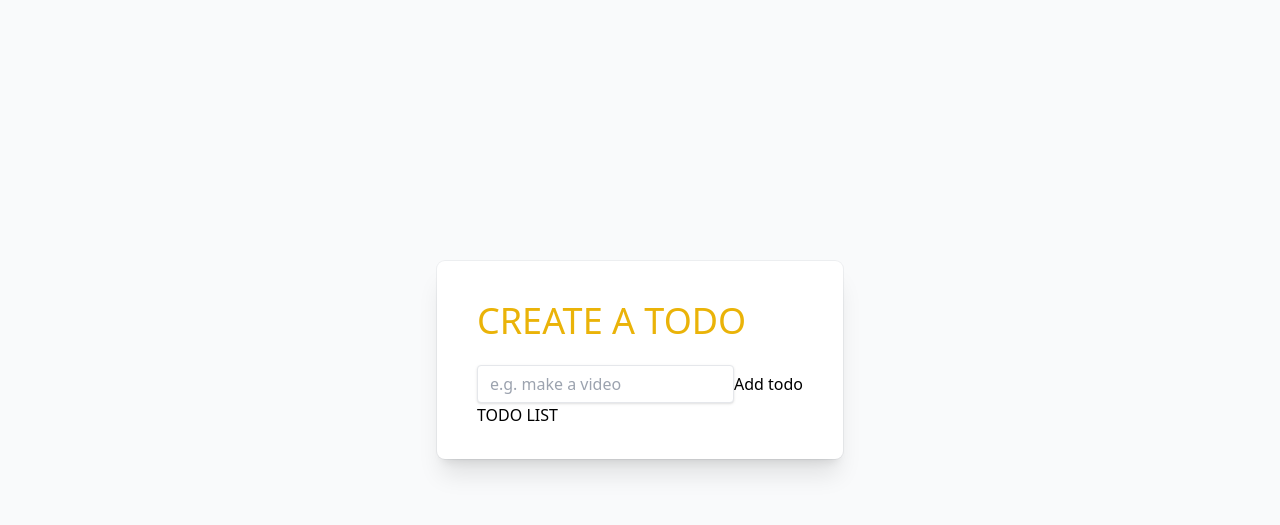
Repository: Kajo-lab/vue-todo
Page: /
An editor plug-in stored every save of this project. The page is shown before and after the next save, followed by the edit.
The browser window is 1280 px wide. The pictures show the whole page.
The project was rebuilt for these pictures with package versions that can differ from the ones it lists, and the page was loaded fresh each time. Also part of the build but not shown: vite.config.js, webpack.config.js.

Above is the page before, as saved 2022-07-07 16:35:45.

After the next save:
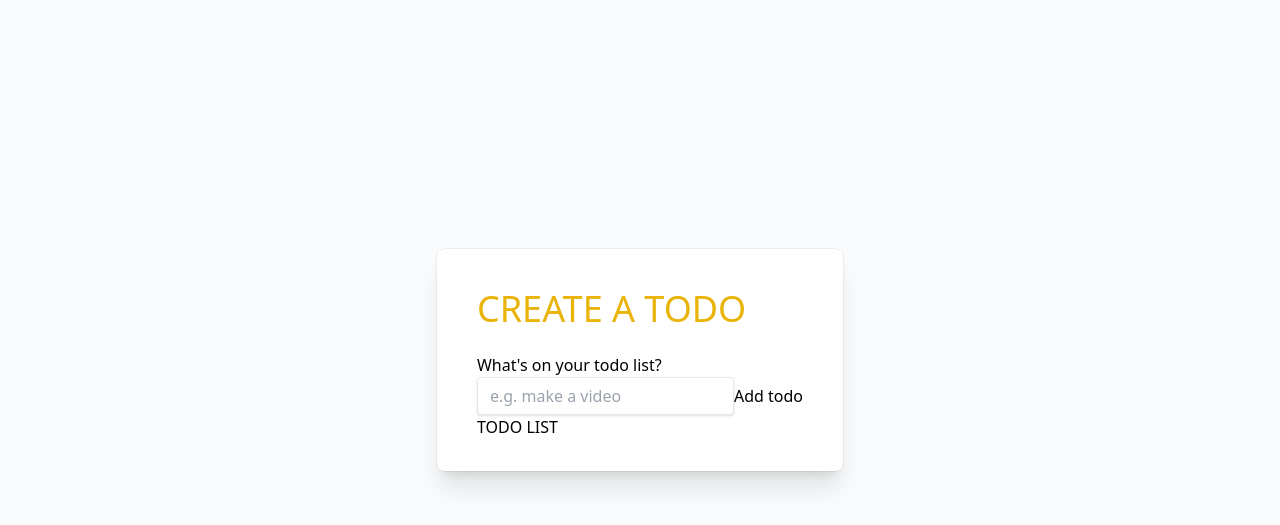
Saved 15 s later.
--- a/src/App.vue
+++ b/src/App.vue
@@ -49,6 +49,7 @@ onMounted(() => {
 	<div class="relative bg-white px-6 pt-10 pb-8 shadow-xl ring-1 ring-gray-900/5 sm:mx-auto sm:max-w-lg sm:rounded-lg sm:px-10">
 		<section class="create-todo">
 		<h1 class="text-4xl text-yellow-500 mb-6">CREATE A TODO</h1>
+					<h4>What's on your todo list?</h4>
 				<form id="new-todo-form" class="flex" @submit.prevent="addTodo">
 					<input
 						class="shadow appearance-none border rounded w-full py-2 px-3 text-gray-700 leading-tight focus:outline-none focus:shadow-outline"
